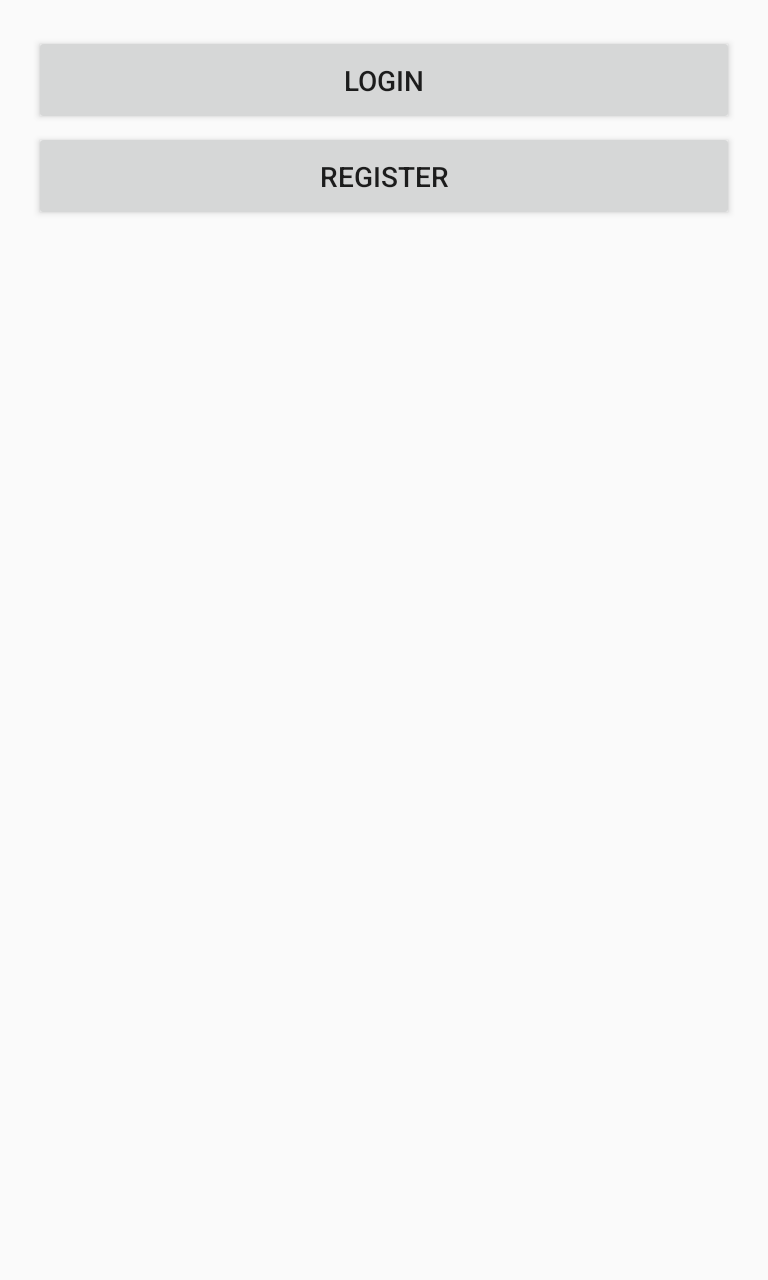
Repository: adarshnair13/message
Layout: sharedpreferenceexample/res/layout/activity_main.xml
These files come from the project's save history. The layout is drawn as it stood at one moment and after the next save; the edit follows.
It is drawn on a 768 x 1280 px phone screen (xhdpi) without system bars, with theme AppTheme; the app's code is not run.

Above is the layout before, as saved 2015-04-21 05:39:07.

### sharedpreferenceexample/res/layout/activity_main.xml
<RelativeLayout xmlns:android="http://schemas.android.com/apk/res/android"
    xmlns:tools="http://schemas.android.com/tools"
    android:layout_width="match_parent"
    android:layout_height="match_parent"
    android:paddingBottom="@dimen/activity_vertical_margin"
    android:paddingLeft="@dimen/activity_horizontal_margin"
    android:paddingRight="@dimen/activity_horizontal_margin"
    android:paddingTop="@dimen/activity_vertical_margin"
    tools:context="com.adarsh.sp.MainActivity" >

    <LinearLayout
        android:layout_width="match_parent"
        android:layout_height="wrap_content"
        android:orientation="vertical" >

        <Button
            android:id="@+id/button1"
            style="?android:attr/buttonStyleSmall"
            android:layout_width="match_parent"
            android:layout_height="wrap_content"
            android:text="Login" />

        <Button
            android:id="@+id/button2"
            style="?android:attr/buttonStyleSmall"
            android:layout_width="match_parent"
            android:layout_height="wrap_content"
            android:text="Register" />

    </LinearLayout>

</RelativeLayout>

Loaded but not shown: sharedpreferenceexample/res/values/styles.xml (common file); sharedpreferenceexample/res/values-v11/styles.xml (common file); sharedpreferenceexample/res/values-v14/styles.xml (common file); sharedpreferenceexample/res/values/dimens.xml (common file); sharedpreferenceexample/res/values-w820dp/dimens.xml (common file)

After the next save:
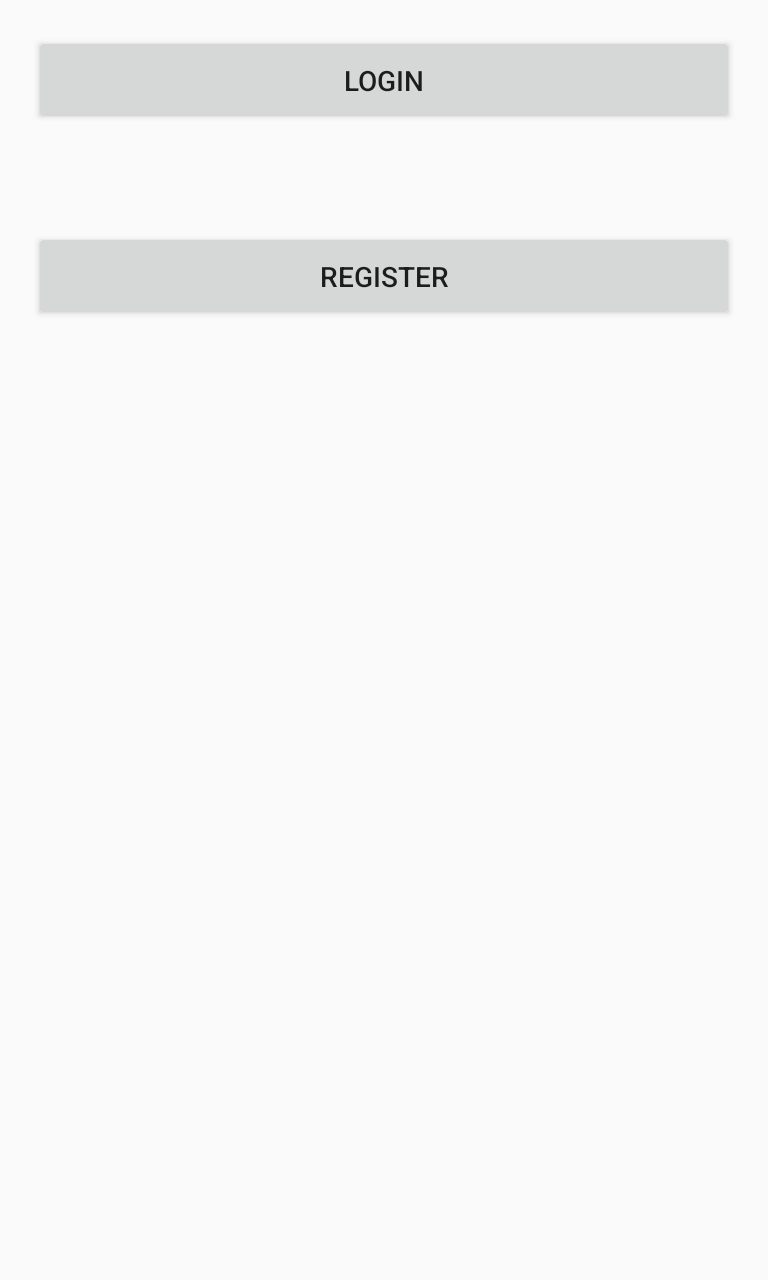
Saved 26 s later.
--- a/sharedpreferenceexample/res/layout/activity_main.xml
+++ b/sharedpreferenceexample/res/layout/activity_main.xml
@@ -25,6 +25,7 @@
             style="?android:attr/buttonStyleSmall"
             android:layout_width="match_parent"
             android:layout_height="wrap_content"
+            android:layout_marginTop="50dp"
             android:text="Register" />
 
     </LinearLayout>
